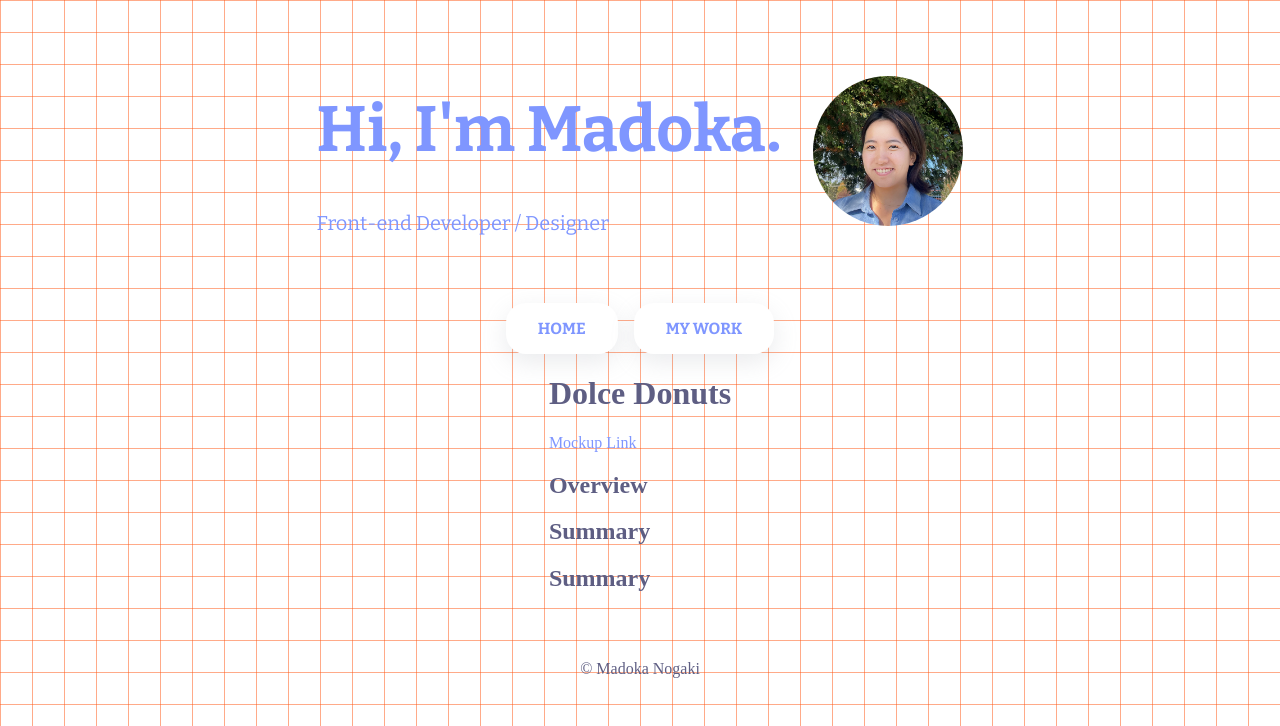
Repository: ohmaruko/portfolio
Page: /links/dolcedonuts
The author's editor kept a copy of each file at every save. The page is drawn from the files as they stood at one save, then again after a run of saves.
The browser window is 1280 px wide. The pictures show the whole page.
The project was rebuilt for these pictures with package versions that can differ from the ones it lists, and the page was loaded fresh each time. The framework's server and built-in components were replaced by stand-ins that run in the browser. Also part of the build but not shown: next.config.mjs.

Above is the page before, as saved 2024-02-18 00:50:04.

After the next 2 saves:
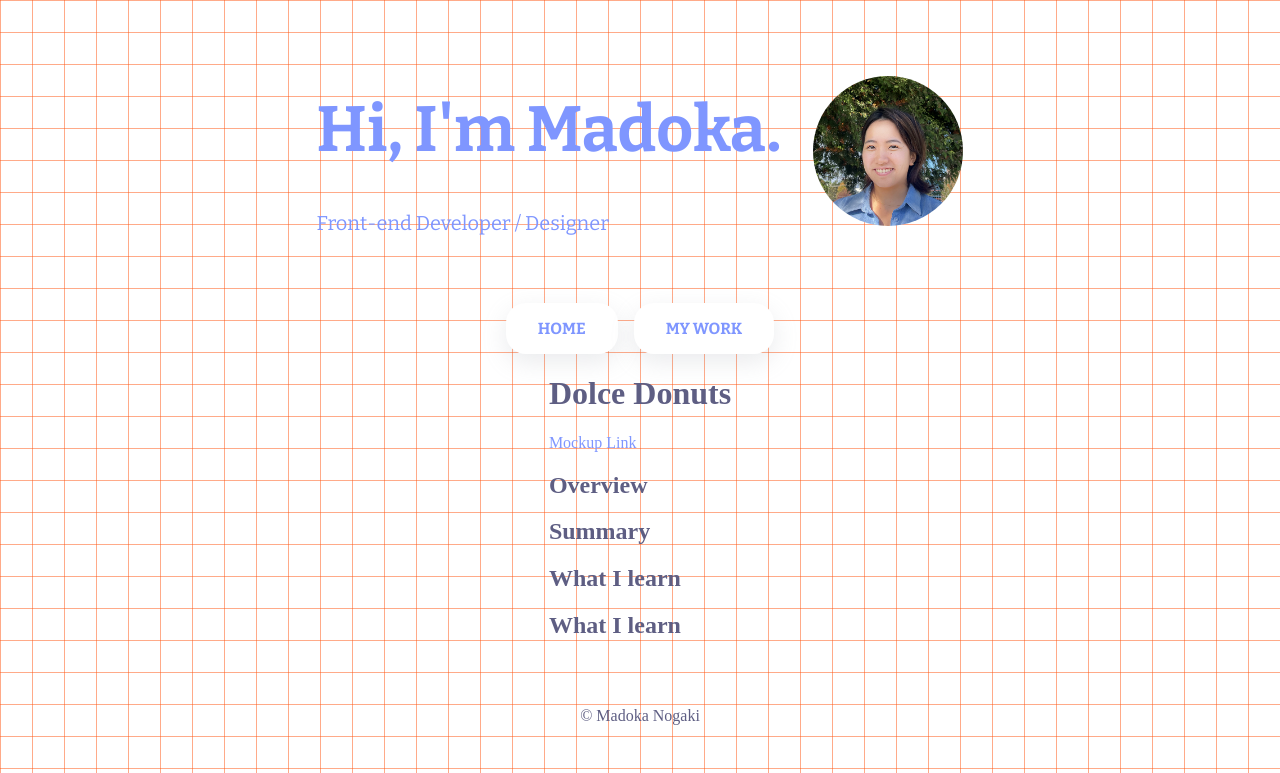
The 2 saves are shown as one change because they came seconds apart.
The last was saved 6 s later.
--- a/pages/links/dolcedonuts.js
+++ b/pages/links/dolcedonuts.js
@@ -25,7 +25,8 @@ export default function Works() {
             target='_blank' style={{textDecoration: 'none', color: 'var(--blue)'}}>Mockup Link</Link>
           <h2>Overview</h2>
           <h2>Summary</h2>
-          <h2>Summary</h2>
+          <h2>What I learn</h2>
+          <h2>What I learn</h2>
         </main>
 
         <div className={styles.outerContainer}>
